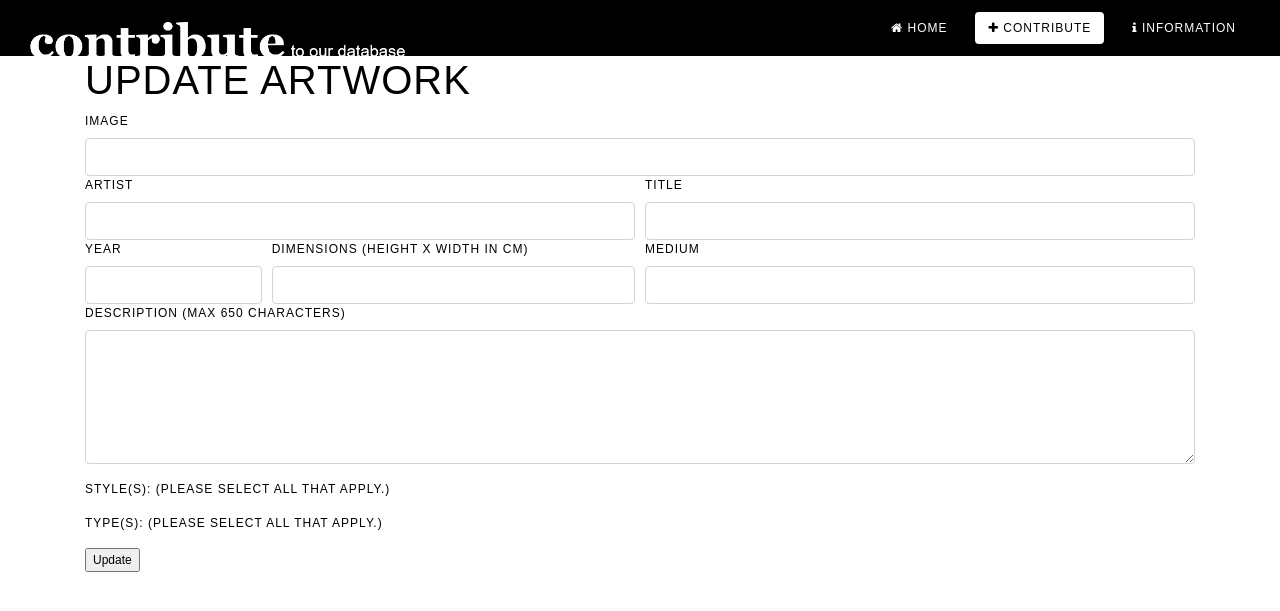
Repository: lynette-lyf/artwork-inventory
Page: templates/edit_artwork.template.html
The author's editor kept a record of every edit. The page is drawn from the files as they stood at one moment, then again after the next edit.
The browser window is 1280 px wide. The pictures show the whole page.
The page is served by the project's application, run on Flask 3 (app.py). The template is opened directly, without the code that normally fills it, so the values that code supplies are empty.

Above is the page before.

After the next edit:
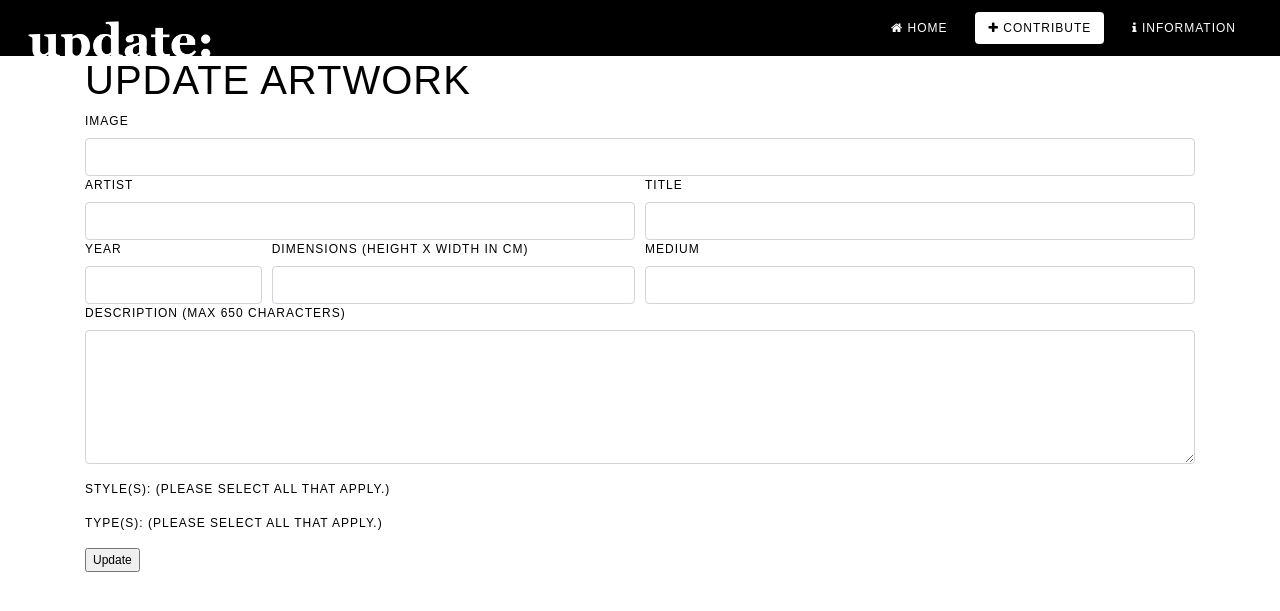
The edit:
--- a/templates/edit_artwork.template.html
+++ b/templates/edit_artwork.template.html
@@ -1,18 +1,3 @@
-<!doctype html>
-<html lang="en">
-  <head>
-    <!-- Required meta tags -->
-    <meta charset="utf-8">
-    <meta name="viewport" content="width=device-width, initial-scale=1, shrink-to-fit=no">
-
-    <!-- Bootstrap CSS -->
-    <link rel="stylesheet" href="https://stackpath.bootstrapcdn.com/bootstrap/4.3.1/css/bootstrap.min.css" integrity="sha384-ggOyR0iXCbMQv3Xipma34MD+dH/1fQ784/j6cY/iJTQUOhcWr7x9JvoRxT2MZw1T" crossorigin="anonymous">
-
-    <title>Update: {{artworksAndConsigners["title"]}} by {{artworksAndConsigners["artist"]}}</title>
-  </head>
-  <body>
-
-
 <!doctype html>
 <html lang="en">
   <head>
@@ -136,7 +121,7 @@
   <body>
 
 
-    <img id="logo" style="max-height:100px;" src="static/img/contribute-artwork.png"/>
+<img id="logo" style="max-height:100px;" src="static/img/update.png"/>
 
 <nav class="navbar navbar-expand-lg navbar-default">
   <a class="navbar-brand" href="#">&nbsp;</a>
